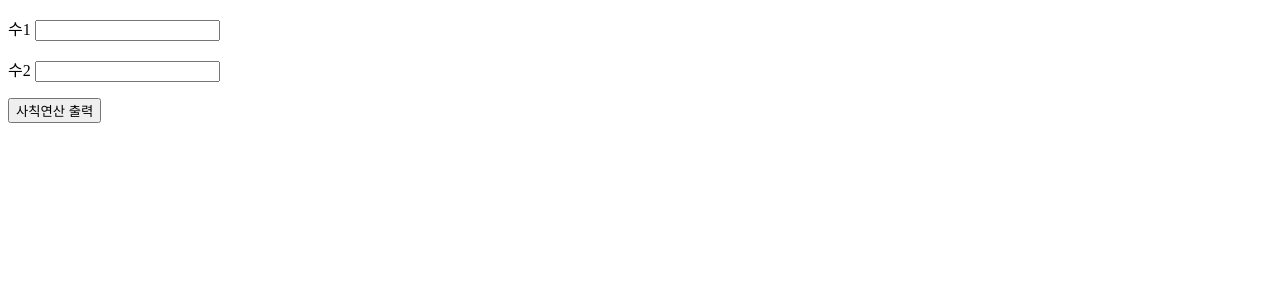
Repository: KiHyo-Tak/2stTeam
Page: 2nd_Project_LetsGetIt/src/main/webapp/WEB-INF/views/error/input.html
An editor plug-in stored every save of this project. The page is shown before and after the next save, followed by the edit.
The browser window is 1280 px wide. The pictures show the whole page.

Above is the page before, as saved 2020-04-29 08:43:01.

### 2nd_Project_LetsGetIt/src/main/webapp/WEB-INF/views/error/input.html
<!DOCTYPE html>
<html>
<head>
<meta charset="UTF-8">
<title>Insert title here</title>
</head>
<body>
	<!-- <form action="ex1.jsp"> -->
	<form action="ex2.jsp">
		<p>
			수1
			<input type="number" name="num1" required="required">
		</p>
		<p>
			수2
			<input type="number" name="num2" required="required">
		</p>
		<p>
			<input type="submit" value="사칙연산 출력">
		</p>
	</form>
</body>
</html>

After the next save:
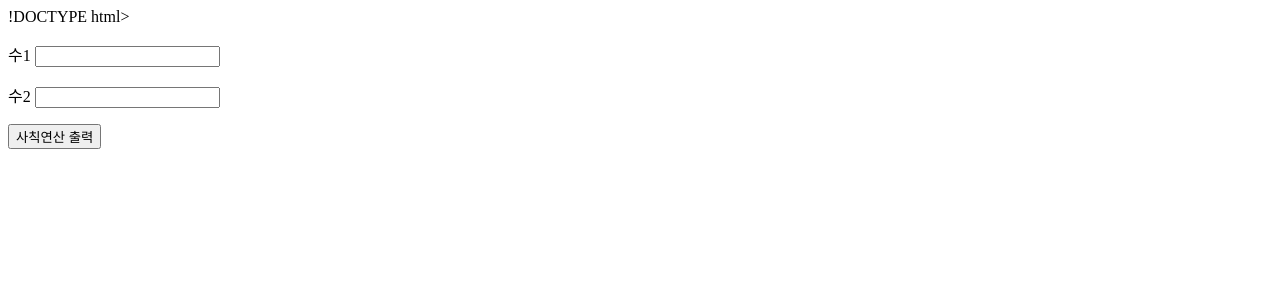
Saved 10 s later.
--- a/2nd_Project_LetsGetIt/src/main/webapp/WEB-INF/views/error/input.html
+++ b/2nd_Project_LetsGetIt/src/main/webapp/WEB-INF/views/error/input.html
@@ -1,4 +1,4 @@
-<!DOCTYPE html>
+!DOCTYPE html>
 <html>
 <head>
 <meta charset="UTF-8">
